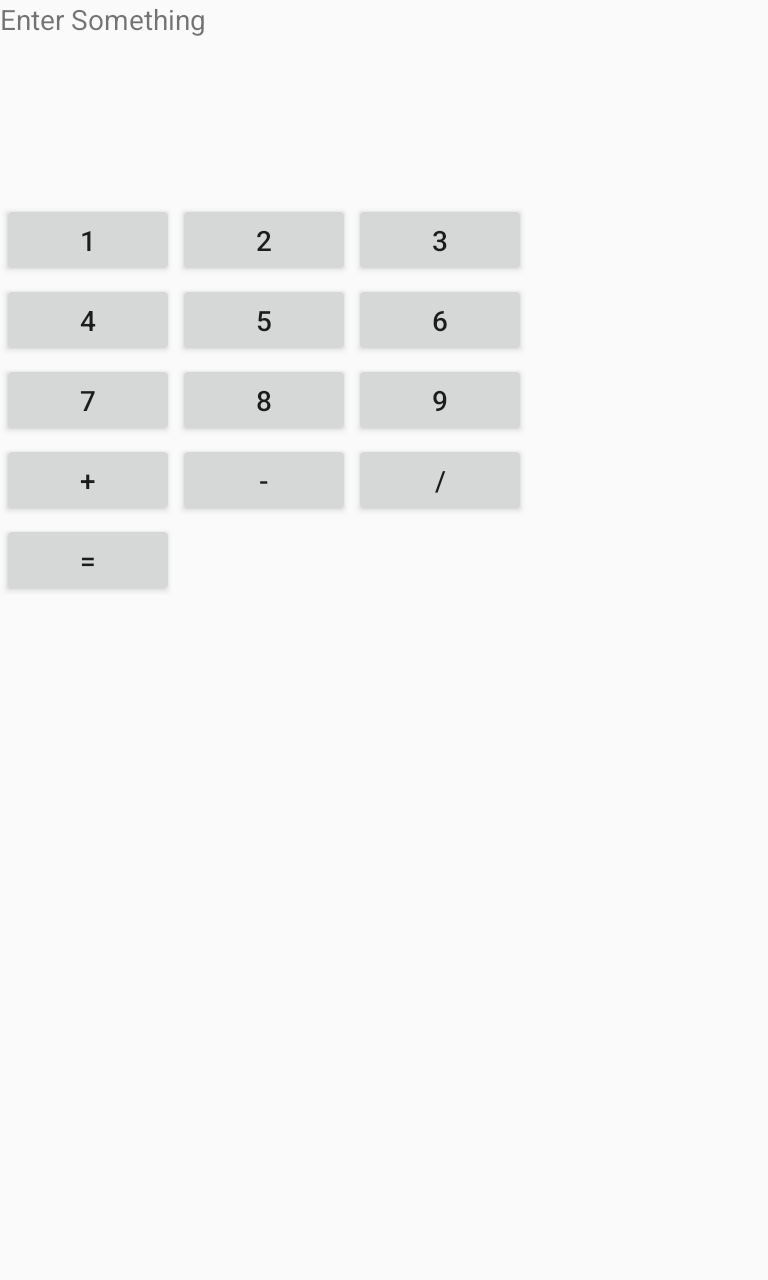
Repository: apoorvelec/AndroidApps
Layout: Calculator/res/layout/activity_main.xml
These files come from the project's save history. The layout is drawn as it stood at one moment and after the next save; the edit follows.
It is drawn on a 768 x 1280 px phone screen (xhdpi) without system bars, with theme AppTheme; the app's code is not run.

Above is the layout before, as saved 2016-05-17 20:36:10.

### Calculator/res/layout/activity_main.xml
<?xml version="1.0" encoding="utf-8"?>
<LinearLayout xmlns:android="http://schemas.android.com/apk/res/android"
   android:layout_width="fill_parent"
   android:layout_height="fill_parent"
   android:orientation="vertical" >

   <TextView android:id="@+id/text"
      android:layout_width="wrap_content"
      android:layout_height="100dp"
      android:text="Enter Something" />

   <!-- More GUI components go here  -->
   <LinearLayout android:layout_width="fill_parent"
   android:layout_height="40dp"
   android:orientation="horizontal" >
   	<Button android:id="@+id/button1"
      android:layout_width="wrap_content"
      android:layout_height="wrap_content"
      android:text="1"
      android:onClick="buttonClick" />
   	<Button android:id="@+id/button2"
      android:layout_width="wrap_content"
      android:layout_height="wrap_content"
      android:text="2"
      android:onClick="buttonClick" />
   	<Button android:id="@+id/button3"
      android:layout_width="wrap_content"
      android:layout_height="wrap_content"
      android:text="3"
      android:onClick="buttonClick" />
   </LinearLayout>

   <LinearLayout android:layout_width="fill_parent"
   android:layout_height="40dp"
   android:orientation="horizontal" >
   	<Button android:id="@+id/button4"
      android:layout_width="wrap_content"
      android:layout_height="wrap_content"
      android:text="4"
      android:onClick="buttonClick" />
   	<Button android:id="@+id/button5"
      android:layout_width="wrap_content"
      android:layout_height="wrap_content"
      android:text="5"
      android:onClick="buttonClick" />
   	<Button android:id="@+id/button6"
      android:layout_width="wrap_content"
      android:layout_height="wrap_content"
      android:text="6"
      android:onClick="buttonClick" />
   </LinearLayout>

   <LinearLayout android:layout_width="fill_parent"
   android:layout_height="40dp"
   android:orientation="horizontal" >
   	<Button android:id="@+id/button7"
      android:layout_width="wrap_content"
      android:layout_height="wrap_content"
      android:text="7"
      android:onClick="buttonClick" />
   	<Button android:id="@+id/button8"
      android:layout_width="wrap_content"
      android:layout_height="wrap_content"
      android:text="8"
      android:onClick="buttonClick" />
   	<Button android:id="@+id/button9"
      android:layout_width="wrap_content"
      android:layout_height="wrap_content"
      android:text="9"
      android:onClick="buttonClick" />
   </LinearLayout>

   <LinearLayout android:layout_width="fill_parent"
   android:layout_height="40dp"
   android:orientation="horizontal" >
   	<Button android:id="@+id/button10"
      android:layout_width="wrap_content"
      android:layout_height="wrap_content"
      android:text="+"
      android:onClick="buttonClick" />
   	<Button android:id="@+id/button11"
      android:layout_width="wrap_content"
      android:layout_height="wrap_content"
      android:text="-"
      android:onClick="buttonClick" />
   	<Button android:id="@+id/button12"
      android:layout_width="wrap_content"
      android:layout_height="wrap_content"
      android:text="/"
      android:onClick="buttonClick" />
   </LinearLayout>

   <LinearLayout android:layout_width="fill_parent"
   android:layout_height="40dp"
   android:orientation="horizontal" >
   	<Button android:id="@+id/button13"
      android:layout_width="wrap_content"
      android:layout_height="wrap_content"
      android:text="="
      android:onClick="outputResult" />
   </LinearLayout>

</LinearLayout>

Loaded but not shown: Calculator/res/values/styles.xml (common file); Calculator/res/values-v11/styles.xml (common file); Calculator/res/values-v14/styles.xml (common file)

After the next save:
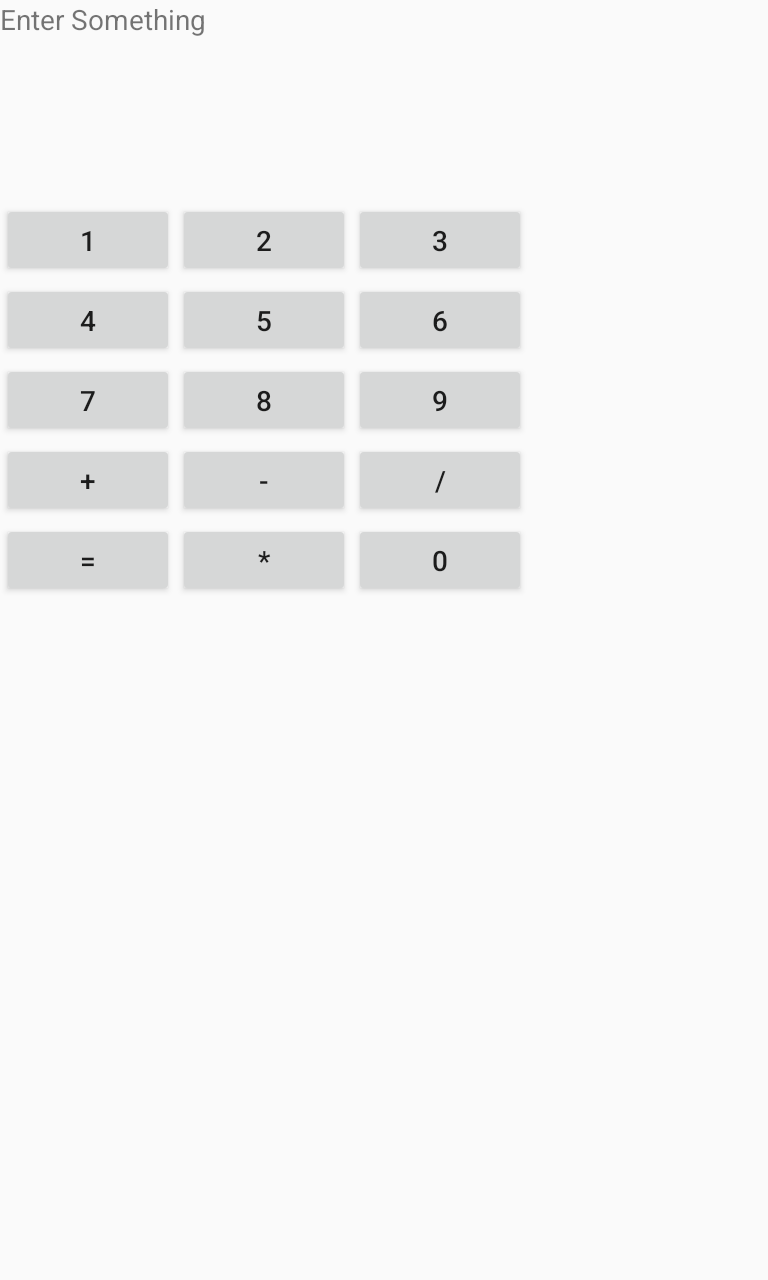
Saved 4 days later.
--- a/Calculator/res/layout/activity_main.xml
+++ b/Calculator/res/layout/activity_main.xml
@@ -98,6 +98,16 @@
       android:layout_height="wrap_content"
       android:text="="
       android:onClick="outputResult" />
+   	<Button android:id="@+id/button14"
+      android:layout_width="wrap_content"
+      android:layout_height="wrap_content"
+      android:text="*"
+      android:onClick="buttonClick" />
+   	<Button android:id="@+id/button15"
+      android:layout_width="wrap_content"
+      android:layout_height="wrap_content"
+      android:text="0"
+      android:onClick="buttonClick" />
    </LinearLayout>
 
 </LinearLayout>
